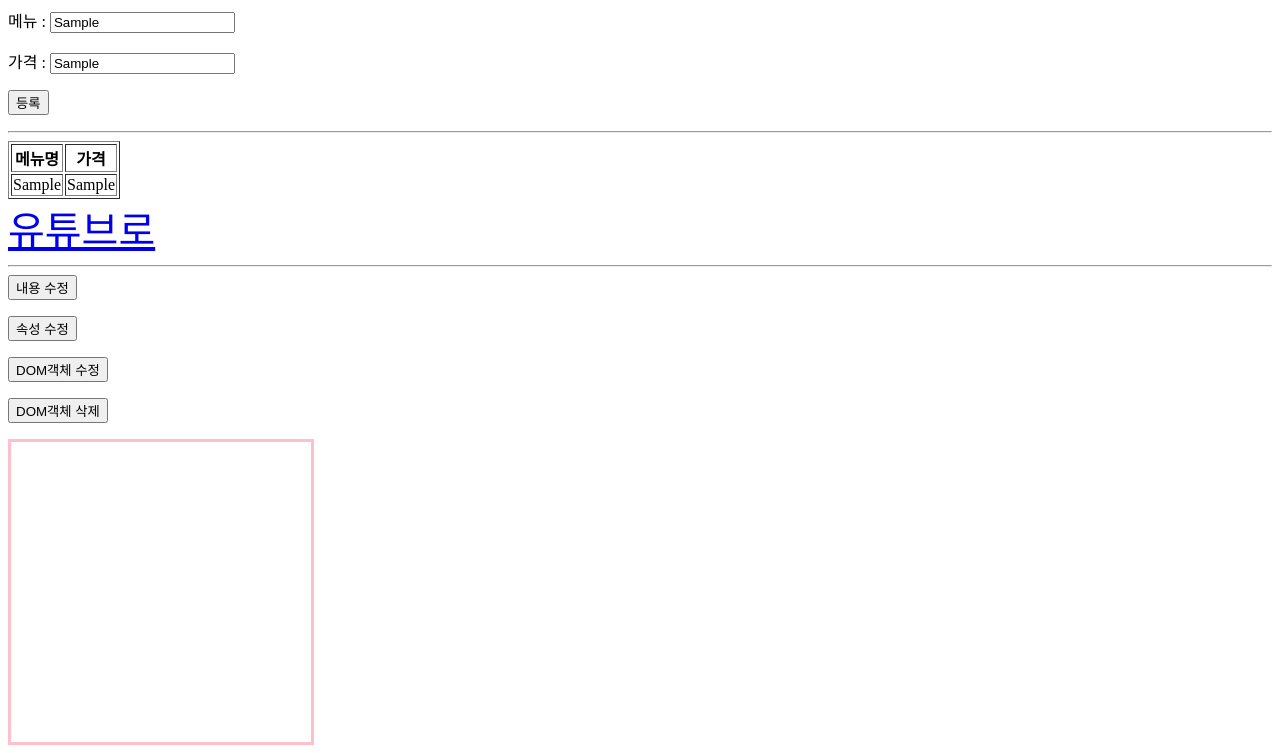
Repository: AgentHyun/FishDalle3
Page: Feb14_1_jQuery/WebContent/1_DOM.html
These files come from the project's save history. The page is drawn as it stood at one moment and after the next save; the edit follows.
The browser window is 1280 px wide. The pictures show the whole page.
Empty fields were first filled with sample values (such as "Sample", 5 or name@example.com).
After loading, the first visible `#b1` was clicked once.

Above is the page before, as saved 2025-02-14 01:39:36.

### Feb14_1_jQuery/WebContent/1_DOM.html
<!DOCTYPE html>
<html>
<head>
<meta charset="UTF-8">
<title>Insert title here</title>
<style type = "text/css">
 .t2{font-size : 30pt;}
 #t{background-color:pink; color : lightblue;}
 div {border : pink solid 3px; width : 300px; height : 300px;}

</style>
<script type = "text/javascript" src = "jQuery.js"></script>
<script type = "text/javascript">
$(function(){

	$("#b1").click(function()
			{
		alert('asdf');
		$("a").text("유튜브로");

		//text()의 소괄호 안에 값을 넣지 않으면
		//기존의 값을 가져오게 됨

		let t = $("a").text();

			});


		//$("a").html("<b>유튜브로</b>");
//		$("a").text("<b>유튜브로</b>");
//        <b>를 텍스트로 인식!

		//.html() 사용하면 새로운 html요소로 변경할 수 있음






	$("#b2").click(function(){


          $("a").attr("href", "https://www.youtube.com");


          // 이 a태그에 css를 주고 싶은데 a태그가 많다면
          // id도 부여할  수 있음
          $("a").attr("id", "t");

          // 속성 지우기
          $("a").removeAttr("class");



	});

     $("#b3").click(function()
    {

    	 //$("css선택자") : 있는 것을 선택
    	 // $("DOM객체") :  DOM 객체 생성
    	 //marquee DOM객체 추가하기

    	 let m = $("<marquee></marquee>").text("발렌타인데이 !");

    	 // behavior : 스크롤 방식 설정
    	 //    scroll : 한쪽 방향으로만 진행 (기본값)
    	 //    alternate : 왕복
    	 m.attr("behavior", "alternate");

    	 // direction : 스크롤방향 설정
    	 //    left(기본값), right, up, down

    	 m.attr("direction", "right");

    	 //요소 추가하기
    	 //기존 요소의 내부에 추가 - append, prepend
    	 $("div").append(m);
    	 //$("div").prepend(m);


    	 //기존 요소의 외부에 추가

    	 // remove() : DOM객체 + 그 하위 요소들을 전부 제거함
    	 // $("div").remove();


    	 //empty() : DOM객체의 하위 요소들을 제거
    	 $("#b4").click(function(){
    		$("div").empty();



    	 });











    }


     );





     $("button").click(function(){
    	 let m = $("#menu");
    	 let p = $("#price");
    	 m = m.val();
    	 p = p.val();
  		let arr = {m , p}


  		$("#contentM").append(arr.m);
  		$("#contentP").append(arr.p);


  	 });




});




</script>
</head>
<body>

메뉴 : <input id = "menu"> <p>
가격 : <input id = "price"> <p>
<button>등록</button>
<hr>
<table border = "1">
<tr>
<th>메뉴명</th>

<th>가격</th>
</tr>
<tr>
<td id = "contentM"></td>
<td id = "contentP"></td>

</tr>

</table>



<a href = "https://www.naver.com" class = "t2">네이버로</a>
<hr>
<button id = "b1">내용 수정</button> <p>
<button id = "b2">속성 수정</button> <p>
<button id = "b3">DOM객체 수정</button> <p>
<button id = "b4">DOM객체 삭제</button> <p>
<div>




</div>

</body>
</html>

Loaded but not shown: Feb14_1_jQuery/WebContent/jQuery.js (library)

After the next save:
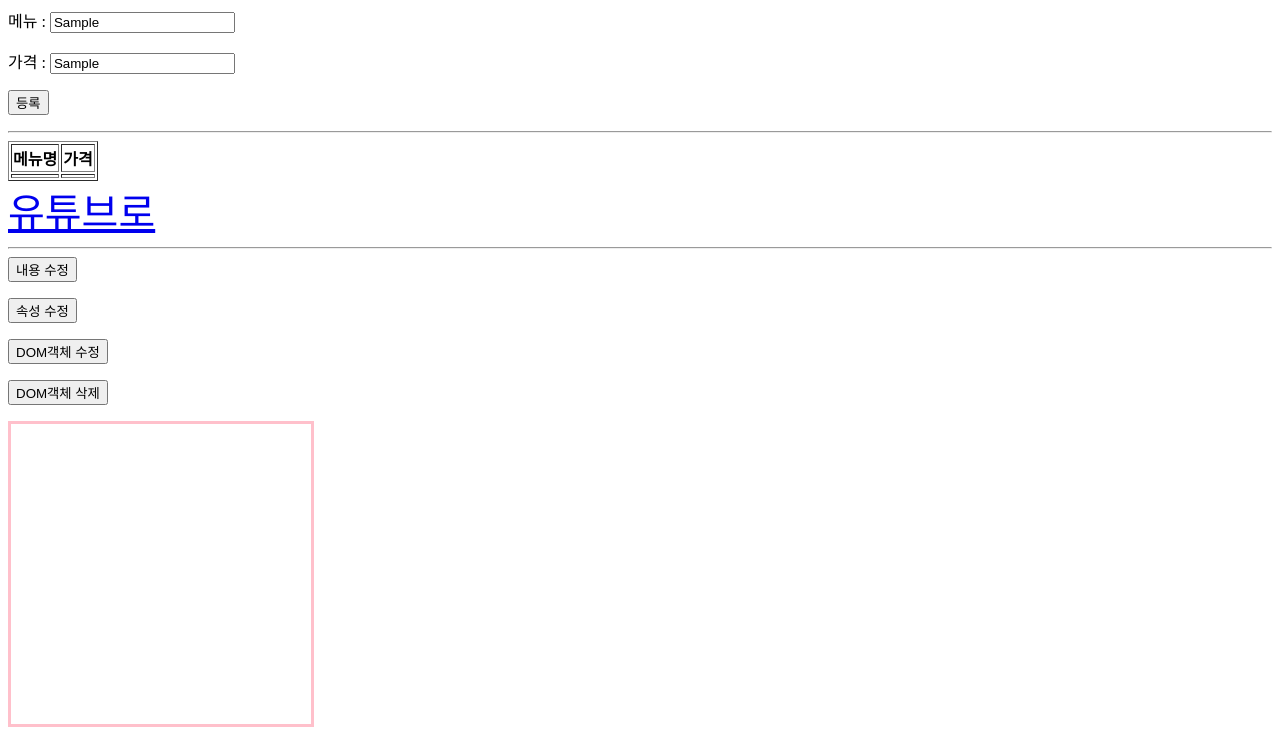
Saved 84 s later.
--- a/Feb14_1_jQuery/WebContent/1_DOM.html
+++ b/Feb14_1_jQuery/WebContent/1_DOM.html
@@ -119,10 +119,10 @@
     	 p = p.val();
   		let arr = {m , p}
 
-
+  		/*
   		$("#contentM").append(arr.m);
-  		$("#contentP").append(arr.p);
-
+  		$("#contentP").append(arr.p); */
+  		 $("#content").append(arr);
 
   	 });
 
@@ -148,10 +148,9 @@
 
 <th>가격</th>
 </tr>
-<tr>
+<tr id = "content">
 <td id = "contentM"></td>
 <td id = "contentP"></td>
-
 </tr>
 
 </table>

After the save that followed:
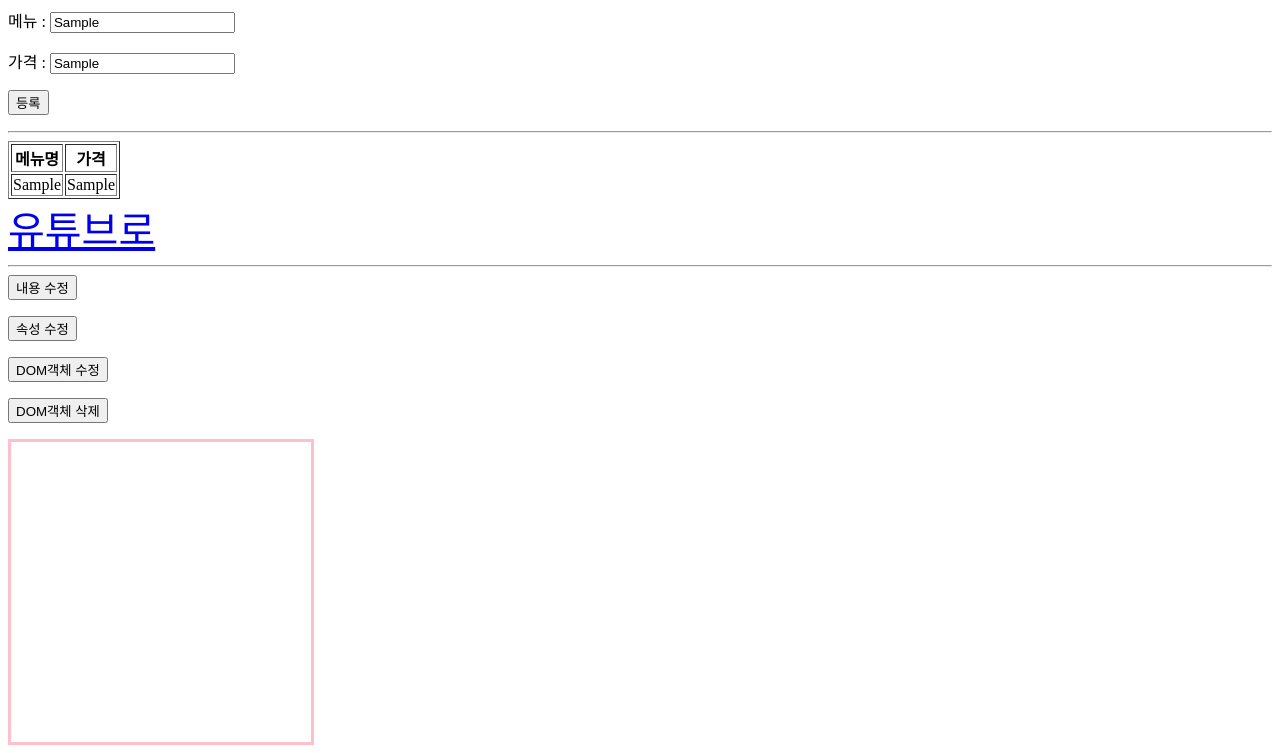
Saved 22 s later.
--- a/Feb14_1_jQuery/WebContent/1_DOM.html
+++ b/Feb14_1_jQuery/WebContent/1_DOM.html
@@ -119,10 +119,10 @@
     	 p = p.val();
   		let arr = {m , p}
 
-  		/*
+
   		$("#contentM").append(arr.m);
-  		$("#contentP").append(arr.p); */
-  		 $("#content").append(arr);
+  		$("#contentP").append(arr.p);
+
 
   	 });
 
